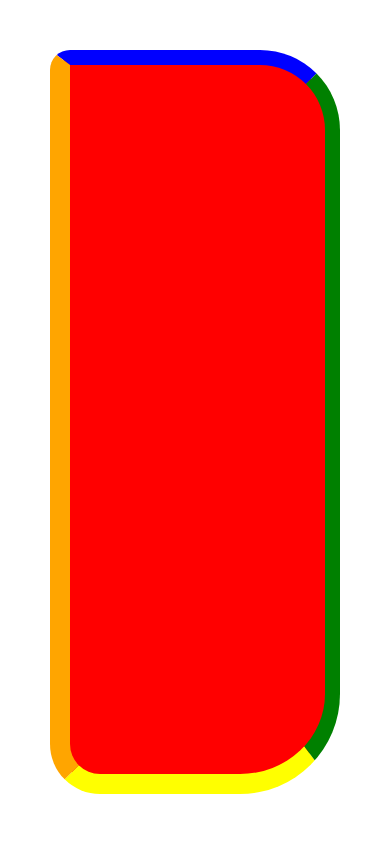
Repository: akinmiday/ReactNativeApp
Screen: /
These files come from the project's save history. The screen is drawn as it stood at one moment and after the next save; the edit follows.
The app was drawn by React Native's web renderer in a window 390 px wide. The project was rebuilt for these pictures with package versions that can differ from the ones it lists, and the page was loaded fresh each time.

Above is the screen before, as saved 2023-08-06 16:10:59.

### App.js
import { View, Text } from "react-native";
import styles from "./styles";
import { useState } from "react";

export default function App() {
  const { container } = styles;

  return (
    <View style={container}>
      <Text></Text>
    </View>
  );
}

### styles.js
import { StyleSheet } from "react-native";

const styles = StyleSheet.create({
  container: {
    backgroundColor: "red",
    flex: 1,
    padding: 20,
    margin: 50,
    borderBottomWidth: 20,
    borderTopWidth: 15,
    borderLeftWidth: 20,
    borderRightWidth: 15,
    borderBottomColor: "yellow",
    borderTopColor: "blue",
    borderLeftColor: "orange",
    borderRightColor: "green",
    borderBottomLeftRadius: 50,
    borderBottomRightRadius: 100,
    borderTopLeftRadius: 20,
    borderTopRightRadius: 80,
  },
  input: {
    backgroundColor: "pink",
    marginTop: 20,
    padding: 20,
    marginTop: 20,
    marginBottom: 20,
  },
  text: {
    color: "red",
    fontSize: 20,
    fontFamily: "Arial",
    fontStyle: "italic",
    fontWeight: "normal",
    letterSpacing: 1,
    textAlign: "auto",
    textDecorationLine: "underline",
    textDecorationColor: "green",
    textTransform: "lowercase",
  },
  button: {
    backgroundColor: "yellow",
    padding: 15,
    alignItems: "center",
    width: "50%",
    alignSelf: "center",
    borderWidth: 5,
    borderColor: "green",
    marginTop: 20,
  },
  item: {
    backgroundColor: "yellow",
    padding: 20,
    marginVertical: 5,
  },
  header: {
    fontSize: 15,
  },
  title: {
    fontSize: 10,
  },
});

export default styles;

After the next save:
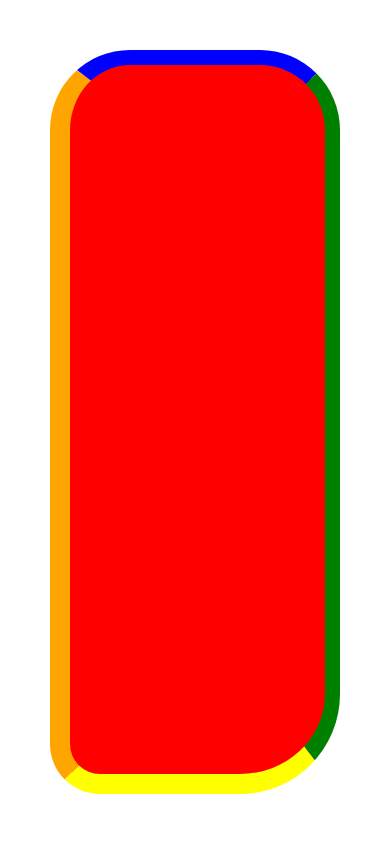
Saved 12 s later.
--- a/styles.js
+++ b/styles.js
@@ -16,7 +16,7 @@ const styles = StyleSheet.create({
     borderRightColor: "green",
     borderBottomLeftRadius: 50,
     borderBottomRightRadius: 100,
-    borderTopLeftRadius: 20,
+    borderTopLeftRadius: 80,
     borderTopRightRadius: 80,
   },
   input: {
